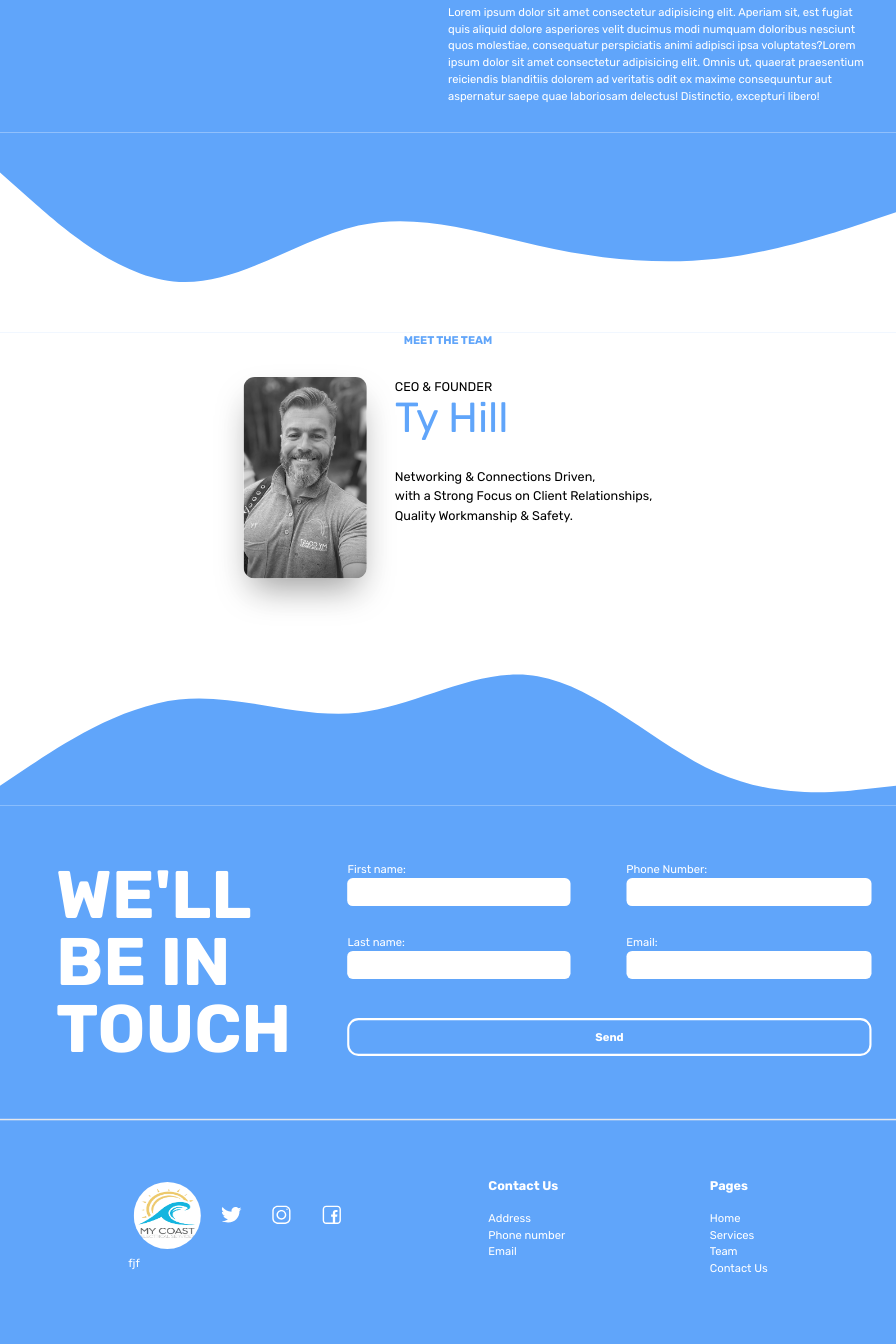
Repository: Jace-Kington/mce-website
Page: /
The author's editor kept a copy of each file at every save. The page is drawn from the files as they stood at one save, then again after the next save.
The browser window is 1280 px wide. The pictures show the part of the page from y = 959 to 2879 px (the page is 2879 px tall), at 70% of full size.
The project was rebuilt for these pictures with package versions that can differ from the ones it lists, and the page was loaded fresh each time. The framework's server and built-in components were replaced by stand-ins that run in the browser. Also part of the build but not shown: next.config.js.

Above is the page before, as saved 2022-11-12 13:24:12.

### pages/index.js

import Navbar from '../components/Navbar'
import Services from '../components/Services'
import MeetUs from '../components/Meet-us'
import ContactUs from '../components/ContactUs'
import Footer from '../components/Footer'

export default function Home() {
  return (
    <div>
      <head>
        <link rel="preconnect" href="https://fonts.googleapis.com"/>
        <link rel="preconnect" href="https://fonts.gstatic.com" crossorigin/>
        <link href="https://fonts.googleapis.com/css2?family=Rubik:ital,wght@0,400;0,500;0,700;0,900;1,800;1,900&display=swap" rel="stylesheet"/>
        <meta name="viewport" content="width=device-width, initial-scale=1.0" />
      </head>
      <Navbar/>
      <Services/>
      <MeetUs/>
      <ContactUs/>
      <Footer/>
    </div>
  )
}

### styles/globals.css
@tailwind base;
@tailwind components;
@tailwind utilities;

* {
  font-family: 'Rubik';
}

### components/Navbar.jsx
import React from 'react'
import Image from 'next/image'
import image_2 from '../assets/logo-1.png'

const Navbar = () => {
  return (
    <div className=''>
      <head>
      </head>
      <div className='flex justify-between items-center ml-5 mr-5'>
        <Image alt = "" src={image_2} className='rounded-full p-2 h-28 w-28' />

        <div className='flex gap-10 items-center'>
          <a className='hover:text-blue-400 transition ease-in' href='#services-section'>
            Services
          </a>

          <a className='hover:text-blue-400 transition ease-in ' href="#meet-us">
            Team
          </a>

          <div className=''>
            <a className='bg-blue-400 hover:bg-blue-500 transition ease-in rounded-2xl p-3' href="#contact-us">
              <span className='text-white'>Enquire Now</span>
            </a>
          </div>

        </div>
      </div>

      <div className='text-center text-blue-400 mt-12'>
        <div className='text-7xl'>
          The Best <strong>Trade Services</strong>
        </div>
        <div className='text-7xl'>
          On the Sunny Coast
        </div>

        <div className='outline-rounded mt-20 bg-white'>
          <a  style = {{'border-width': '2px', 'border-color': '#60a5fa'}} className='rounded-2xl hover:bg-blue-400 hover:text-white transition shadow-md shadow-blue-400 hover:shadow-lg hover:shadow-blue-400 p-5' href="#contact-us">
            Get Started
          </a>
        </div>
      </div>

      <svg xmlns="http://www.w3.org/2000/svg" viewBox="0 0 1440 320"><path fill="#60a5fa" fill-opacity="1" d="M0,192L48,186.7C96,181,192,171,288,160C384,149,480,139,576,144C672,149,768,171,864,197.3C960,224,1056,256,1152,261.3C1248,267,1344,245,1392,234.7L1440,224L1440,320L1392,320C1344,320,1248,320,1152,320C1056,320,960,320,864,320C768,320,672,320,576,320C480,320,384,320,288,320C192,320,96,320,48,320L0,320Z"></path></svg>
    </div>
  )
}

export default Navbar

### components/Services.tsx
import React from 'react'

const Services = () => {
  return (
    <div id = 'services-section' className = 'bg-blue-400'>
        <div className = 'text-white text-center font-semibold text-lg uppercase underline-offset-1'>Our Services</div>
        <div className = 'grid grid-cols-2 m-10'>
            <div className = ''>
                <div className = 'text-white text-6xl font-bold'>Commercial</div>
                <div className = 'text-white text-lg'>Lorem ipsum dolor sit, amet consectetur adipisicing elit. Eaque culpa at enim rem deleniti, doloribus veritatis iusto reiciendis totam cum aliquid tempore adipisci. </div>
            </div>
            <div className = ''>

            </div>
            <div>

            </div>
            <div>
                <div className = 'text-white text-6xl font-bold'>Residential</div>
                <div className = 'text-white'>Lorem ipsum dolor sit amet consectetur adipisicing elit. Aperiam sit, est fugiat quis aliquid dolore asperiores velit ducimus modi numquam doloribus nesciunt quos molestiae, consequatur perspiciatis animi adipisci ipsa voluptates?Lorem ipsum dolor sit amet consectetur adipisicing elit. Omnis ut, quaerat praesentium reiciendis blanditiis dolorem ad veritatis odit ex maxime consequuntur aut aspernatur saepe quae laboriosam delectus! Distinctio, excepturi libero!</div>
            </div>
        </div>
        <svg className = 'bg-white' xmlns="http://www.w3.org/2000/svg" viewBox="0 0 1440 320">
        <path fill="#60a5fa" fill-opacity="1" d="M0,64L48,106.7C96,149,192,235,288,240C384,245,480,171,576,149.3C672,128,768,160,864,181.3C960,203,1056,213,1152,202.7C1248,192,1344,160,1392,144L1440,128L1440,0L1392,0C1344,0,1248,0,1152,0C1056,0,960,0,864,0C768,0,672,0,576,0C480,0,384,0,288,0C192,0,96,0,48,0L0,0Z"></path>
        </svg>
    </div>
  )
}

export default Services

### components/Meet-us.tsx
import React from 'react'
import Image from 'next/image'
import image_2 from '../assets/ty-photo.png'


const MeetUs = () => {
  return (
    <div id = "meet-us" className = 'max-w-[100%]'>
        <div className = 'text-blue-400 uppercase font-semibold text-center'>Meet the Team</div>

        <div className = 'justify-center flex gap-10 m-10'>
            <div>
              <Image alt = "" className = 'rounded-2xl shadow-2xl shadow-blue-400 grayscale h-72 w-44' src = {image_2}/>
            </div>
            <div>
                <div className = 'uppercase text-lg'>CEO & Founder</div>
                <div className = 'text-6xl text-blue-400 pb-10'>Ty Hill</div>
                <div className = 'text-lg'>
                  <div className = ''>Networking & Connections Driven, </div>
                  <div>with a Strong Focus on Client Relationships,</div>
                  <div>Quality Workmanship & Safety.</div>
                </div>

            </div>
        </div>

        <svg xmlns="http://www.w3.org/2000/svg" viewBox="0 0 1440 320"><path fill="#60a5fa" fill-opacity="1" d="M0,288L48,256C96,224,192,160,288,149.3C384,139,480,181,576,170.7C672,160,768,96,864,112C960,128,1056,224,1152,266.7C1248,309,1344,299,1392,293.3L1440,288L1440,320L1392,320C1344,320,1248,320,1152,320C1056,320,960,320,864,320C768,320,672,320,576,320C480,320,384,320,288,320C192,320,96,320,48,320L0,320Z"></path></svg>
    </div>
  )
}

export default MeetUs

### components/ContactUs.jsx
import React, { useRef } from 'react'
import emailjs from '@emailjs/browser'
import { ToastContainer, toast } from 'react-toastify'
import 'react-toastify/dist/ReactToastify.css'

const ContactUs = () => {
  const toast_success = () => { toast('Email Sent!'); }
  const toast_fail = () => { toast('Error'); }

  const form = useRef();

  const sendEmail = (e) => {
    e.preventDefault();

    emailjs.sendForm('service_16oy9kb', 'template_p83nfjr', form.current, '7jHtCbxop4BW2nz9r')
      .then((result) => {
          console.log(result.text);
          toast_success();
      }, (error) => {
          console.log(error.text);
          toast_fail();
      });
  };

  return (
    <div id = "contact-us" className = 'bg-blue-400'>
        <div className = 'flex'>
          <div className = 'text-white uppercase font-semibold p-20 text-8xl'>
              <div>We&apos;ll</div>
              <div>Be In</div>
              <div>Touch</div>
          </div>
          <form ref = {form} onSubmit = {sendEmail} className = 'pt-20'>
            <div className = 'flex gap-20 '>
              <div className = 'flex flex-col gap-10'>
                <div>
                  <label className = 'text-white' for="fname">First name:</label>
                  <input className = 'rounded-lg p-2 outline-1 outline-white w-full' type="text" id="fname" name="fname"/>
                </div>
                <div>
                  <label className = 'text-white' for="lname">Last name:</label>
                  <input className = 'rounded-lg p-2 outline-1 outline-white w-full' type="text" id="lname" name="lname"/>
                </div>
              </div>
              <div>
              <div className = 'flex flex-col gap-10'>
                <div>
                  <label className = 'text-white' for="phonenumber">Phone Number:</label>
                  <input className = 'rounded-lg p-2 outline-1 outline-white w-full' type="text" id="phonenumber" name="phonenumber"/>
                </div>
                <div>
                  <label className = 'text-white' for="email">Email:</label>
                  <input className = 'rounded-lg p-2 outline-1 outline-white w-full' type="text" id="email" name="email"/>
                </div>
              </div>
              </div>
            </div>

            <div>
              <button style = {{'border-width': '3px', 'border-color': 'white'}} className = 'text-center w-full p-3 rounded-2xl font-semibold hover:text-blue-400 text-white transition ease-in bg-blue-400 hover:bg-white mt-14'>Send</button>
              <ToastContainer
  position="top-right"
  autoClose={5000}
  hideProgressBar={true}
  newestOnTop={false}
  closeOnClick
  rtl={false}
  pauseOnFocusLoss
  draggable
  pauseOnHover
  toastStyle = {{'background-color': 'rgb(34 197 94)', 'color': 'white', 'border-radius': '1rem', 'padding': '15px'}}
  />
            </div>
          </form>
        </div>
      </div>
  )
}

export default ContactUs

### components/Footer.tsx
import React from 'react'
import image_2 from '../assets/logo-1.png'
import Image from 'next/image'

const Footer = () => {
  return (
    <div className = 'border-t-2 border-gray pb-4 bg-blue-400'>
        <div className = 'flex justify-around text-white p-20'>
            <div className = ''>
                <div className = 'flex items-center gap-5'>
                <Image alt = "" src= {image_2} className = 'items-start rounded-full p-2 h-28 w-28'/>

                <div className = 'flex gap-10 text-white'>
                    <svg fill="#fff" xmlns="http://www.w3.org/2000/svg"  viewBox="0 0 16 16" width="32px" height="32px"><path d="M 15 3.296875 C 14.476563 3.523438 13.949219 3.691406 13.367188 3.746094 C 13.949219 3.410156 14.417969 2.84375 14.648438 2.226563 C 14.066406 2.5625 13.484375 2.789063 12.84375 2.902344 C 12.257813 2.339844 11.5 2 10.683594 2 C 9.109375 2 7.824219 3.242188 7.824219 4.765625 C 7.824219 4.988281 7.824219 5.214844 7.882813 5.386719 C 4.875 5.386719 2.8125 3.691406 1.414063 2 C 1.121094 2.394531 1.003906 2.902344 1.003906 3.410156 C 1.003906 4.367188 1.53125 5.214844 2.289063 5.722656 C 1.820313 5.667969 1.355469 5.554688 1.003906 5.386719 C 1.003906 5.386719 1.003906 5.386719 1.003906 5.441406 C 1.003906 6.796875 1.996094 7.921875 3.28125 8.148438 C 3.046875 8.203125 2.8125 8.261719 2.519531 8.261719 C 2.347656 8.261719 2.171875 8.261719 1.996094 8.207031 C 2.347656 9.335938 3.976563 10.632813 5.257813 10.632813 C 4.265625 11.363281 3.34375 12 1.5 12 C 1.265625 12 1.453125 12 1 12 C 2.28125 12.789063 3.800781 13 5.375 13 C 10.683594 13 13.542969 8.769531 13.542969 5.101563 C 13.542969 4.988281 13.542969 4.878906 13.542969 4.765625 C 14.125 4.367188 14.59375 3.863281 15 3.296875"/></svg>
                    <svg fill="#fff" xmlns="http://www.w3.org/2000/svg"  viewBox="0 0 16 16" width="32px" height="32px"><path d="M 4.773438 1 C 2.695313 1 1 2.695313 1 4.773438 L 1 10.230469 C 1 12.304688 2.695313 14 4.773438 14 L 10.230469 14 C 12.304688 14 14 12.304688 14 10.226563 L 14 4.773438 C 14 2.695313 12.304688 1 10.226563 1 Z M 4.773438 2 L 10.226563 2 C 11.765625 2 13 3.234375 13 4.773438 L 13 10.226563 C 13 11.765625 11.765625 13 10.230469 13 L 4.773438 13 C 3.234375 13 2 11.765625 2 10.230469 L 2 4.773438 C 2 3.234375 3.234375 2 4.773438 2 Z M 11.5 3 C 11.222656 3 11 3.222656 11 3.5 C 11 3.777344 11.222656 4 11.5 4 C 11.777344 4 12 3.777344 12 3.5 C 12 3.222656 11.777344 3 11.5 3 Z M 7.5 4 C 5.574219 4 4 5.574219 4 7.5 C 4 9.425781 5.574219 11 7.5 11 C 9.425781 11 11 9.425781 11 7.5 C 11 5.574219 9.425781 4 7.5 4 Z M 7.5 5 C 8.886719 5 10 6.113281 10 7.5 C 10 8.886719 8.886719 10 7.5 10 C 6.113281 10 5 8.886719 5 7.5 C 5 6.113281 6.113281 5 7.5 5 Z"/></svg>
                    <svg fill="#fff" xmlns="http://www.w3.org/2000/svg"  viewBox="0 0 16 16" width="32px" height="32px"><path d="M 3.5 1 C 2.1250151 1 1 2.1250151 1 3.5 L 1 11.5 C 1 12.874985 2.1250151 14 3.5 14 L 11.5 14 C 12.874985 14 14 12.874985 14 11.5 L 14 3.5 C 14 2.1250151 12.874985 1 11.5 1 L 3.5 1 z M 3.5 2 L 11.5 2 C 12.335015 2 13 2.6649849 13 3.5 L 13 11.5 C 13 12.335015 12.335015 13 11.5 13 L 9.9042969 13 L 9.9042969 8.9667969 L 11.300781 8.9667969 L 11.509766 7.3574219 L 9.9042969 7.3574219 L 9.9042969 6.3320312 C 9.9042969 5.8660312 10.034031 5.5488281 10.707031 5.5488281 L 11.566406 5.5488281 L 11.566406 4.109375 C 11.417406 4.089375 10.907453 4.046875 10.314453 4.046875 C 9.0764531 4.046875 8.2304688 4.795875 8.2304688 6.171875 L 8.2304688 7.3574219 L 7 7.3535156 L 7 8.9628906 L 8.2304688 8.9667969 L 8.2304688 13 L 3.5 13 C 2.6649849 13 2 12.335015 2 11.5 L 2 3.5 C 2 2.6649849 2.6649849 2 3.5 2 z"/></svg>
                </div>
                </div>


                <div className = ''>
                    <div>fjf</div>
                </div>
            </div>

            <div className = ''>
                <div className = 'text-lg font-bold pb-5'>
                    Contact Us
                </div>
                <div>
                    Address
                </div>
                <div>
                    Phone number
                </div>
                <div>
                    Email
                </div>
            </div>

            <div>
                <div className = 'text-lg font-bold pb-5'>
                    Pages
                </div>

                <div>
                    Home
                </div>
                <div>
                    Services
                </div>
                <div>
                    Team
                </div>
                <div>
                    Contact Us
                </div>
            </div>
        </div>
    </div>
  )
}

export default Footer

Loaded but not shown: pages/_app.js (common file); tailwind.config.js (common file)

After the next save:
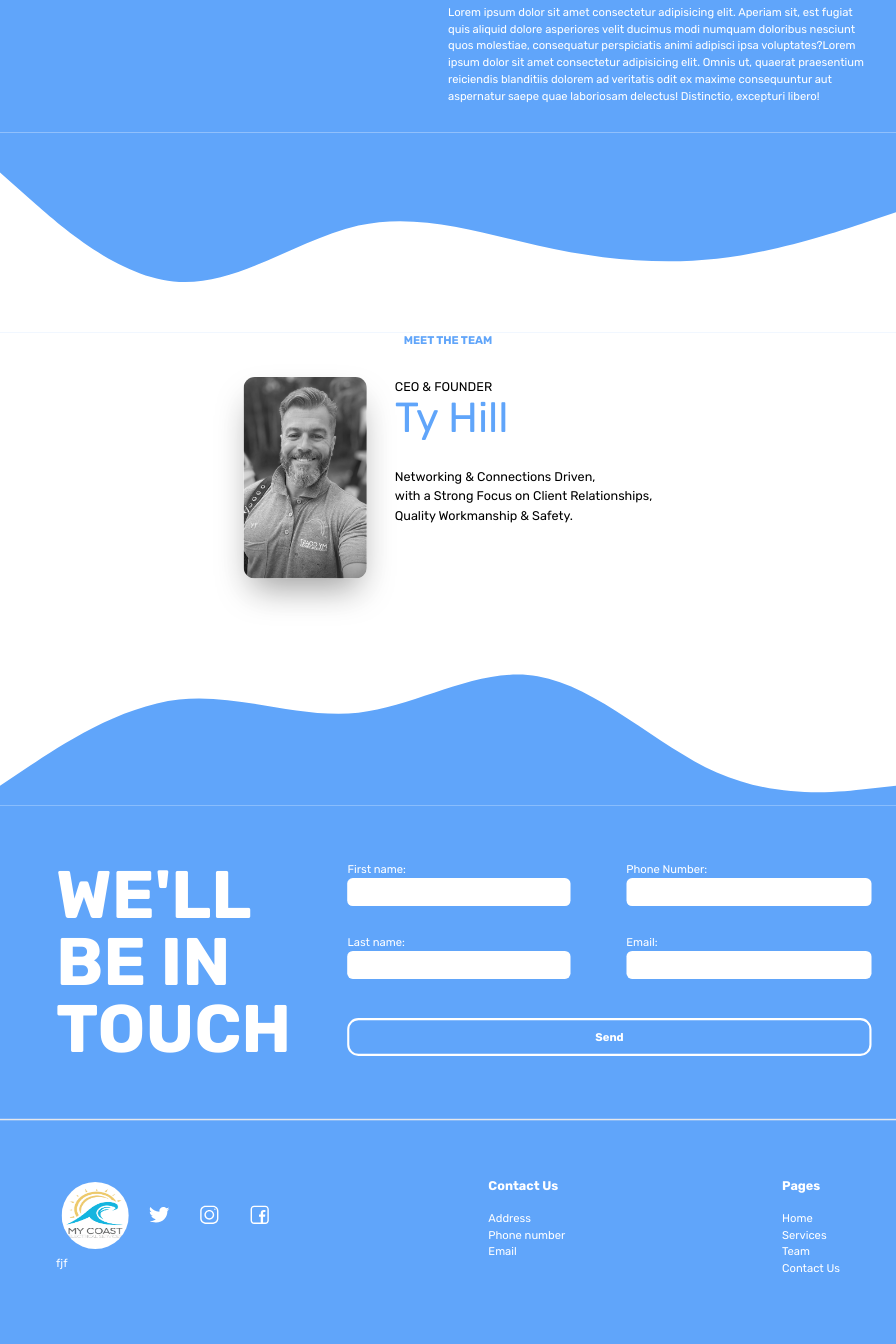
Saved 33 s later.
--- a/components/Footer.tsx
+++ b/components/Footer.tsx
@@ -5,7 +5,7 @@ import Image from 'next/image'
 const Footer = () => {
   return (
     <div className = 'border-t-2 border-gray pb-4 bg-blue-400'>
-        <div className = 'flex justify-around text-white p-20'>
+        <div className = 'flex justify-between text-white p-20'>
             <div className = ''>
                 <div className = 'flex items-center gap-5'>
                 <Image alt = "" src= {image_2} className = 'items-start rounded-full p-2 h-28 w-28'/>
